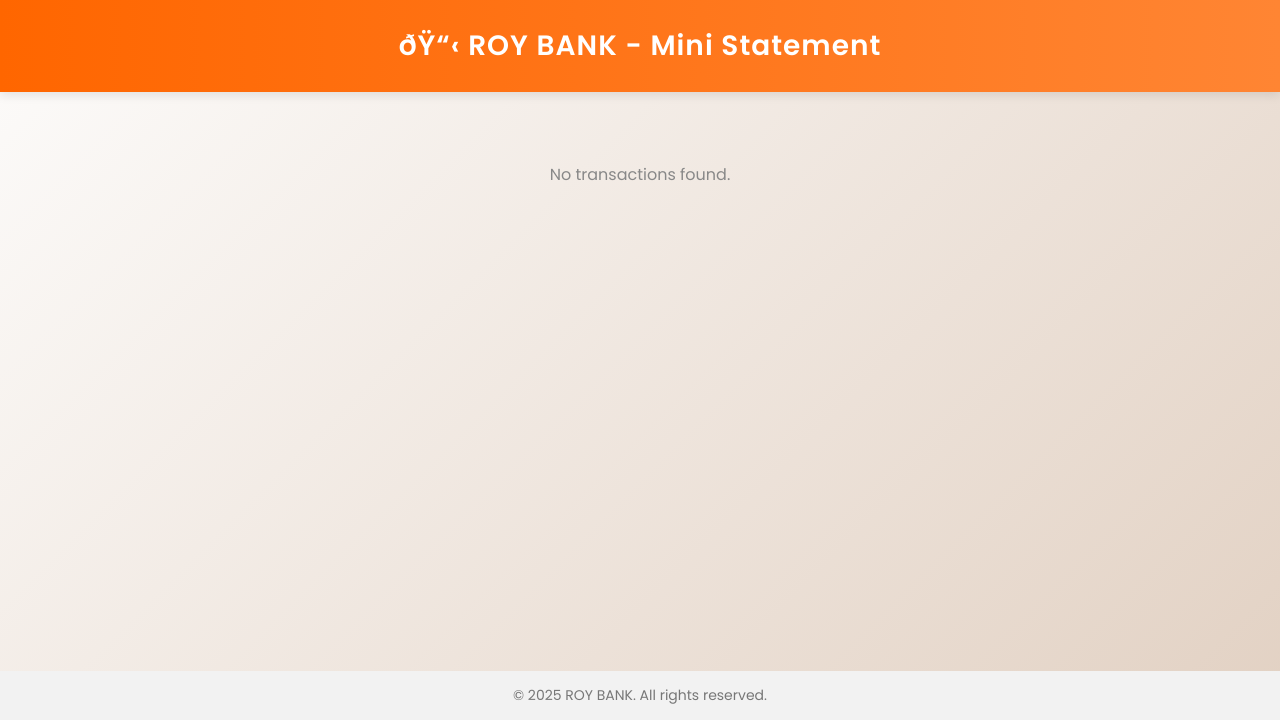
Repository: SAYAN-Rk/BankWebApp
Page: http://localhost/BankWebApp/mini_statement.jsp
These files come from the project's save history. The page is drawn as it stood at one moment and after the next save; the edit follows.
The browser window is 1280 px wide. The pictures show the whole page.
The page is served by Tomcat 10. Other server files are loaded and not shown. The template is opened directly, without the code that normally fills it, so the values that code supplies are empty.

Above is the page before, as saved 2025-07-05 18:36:21.

### BankWebApp/src/main/webapp/mini_statement.jsp
<%@ page import="java.util.List" %>
<%@ page import="com.bankapp.Transaction" %>
<%@ page import="java.text.SimpleDateFormat" %>
<%
    List<Transaction> transactions = (List<Transaction>) request.getAttribute("transactions");
    SimpleDateFormat sdf = new SimpleDateFormat("dd-MM-yyyy");
%>
<!DOCTYPE html>
<html lang="en">
<head>
  <meta charset="UTF-8">
  <title>Mini Statement | ROY BANK</title>
  <link href="https://fonts.googleapis.com/css2?family=Poppins:wght@400;600&display=swap" rel="stylesheet">
  <style>
    * {
      box-sizing: border-box;
      font-family: 'Poppins', sans-serif;
      margin: 0;
      padding: 0;
    }
* {
  font-family: 'Poppins', 'Segoe UI Emoji', 'Apple Color Emoji', 'Noto Color Emoji', sans-serif;
}

    body {
      background: linear-gradient(135deg, #fdfcfb, #e2d1c3);
      min-height: 100vh;
      display: flex;
      flex-direction: column;
    }

    header {
      background: linear-gradient(to right, #ff6600, #ff8533);
      color: white;
      padding: 25px;
      text-align: center;
      font-size: 28px;
      font-weight: bold;
      box-shadow: 0 3px 10px rgba(0, 0, 0, 0.1);
      letter-spacing: 1px;
    }

    main {
      flex: 1;
      display: flex;
      justify-content: center;
      align-items: flex-start;
      padding: 40px 20px;
    }

    table {
      width: 100%;
      max-width: 850px;
      background-color: #fff;
      border-radius: 14px;
      border-collapse: collapse;
      box-shadow: 0 8px 24px rgba(0, 0, 0, 0.06);
      overflow: hidden;
      animation: slideIn 0.5s ease;
    }

    @keyframes slideIn {
      from { opacity: 0; transform: translateY(20px); }
      to { opacity: 1; transform: translateY(0); }
    }

    th {
      background-color: #ff6600;
      color: white;
      font-size: 16px;
      font-weight: 600;
      padding: 16px;
    }

    td {
      padding: 14px;
      font-size: 15px;
      text-align: center;
      border-bottom: 1px solid #eee;
      color: #333;
    }

    tr:last-child td {
      border-bottom: none;
    }

    .no-data {
      text-align: center;
      padding: 30px;
      font-size: 16px;
      color: #888;
    }

    footer {
      text-align: center;
      padding: 14px;
      background-color: #f2f2f2;
      font-size: 14px;
      color: #777;
    }
  </style>
</head>
<body>

  <header>📋 ROY BANK - Mini Statement</header>

  <main>
    <%
      if (transactions != null && !transactions.isEmpty()) {
    %>
      <table>
        <tr>
          <th>📅 Date</th>
          <th>🔁 Type</th>
          <th>💸 Amount</th>
          <th>🏦 Balance</th>
        </tr>
        <%
          for (Transaction txn : transactions) {
        %>
        <tr>
          <td><%= sdf.format(txn.getDate()) %></td>
          <td><%= txn.getType() %></td>
          <td>₹<%= String.format("%.2f", txn.getAmount()) %></td>
          <td>₹<%= String.format("%.2f", txn.getBalance()) %></td>
        </tr>
        <%
          }
        %>
      </table>
    <%
      } else {
    %>
      <div class="no-data">No transactions found.</div>
    <%
      }
    %>
  </main>

  <footer>&copy; 2025 ROY BANK. All rights reserved.</footer>

</body>
</html>

After the next save:
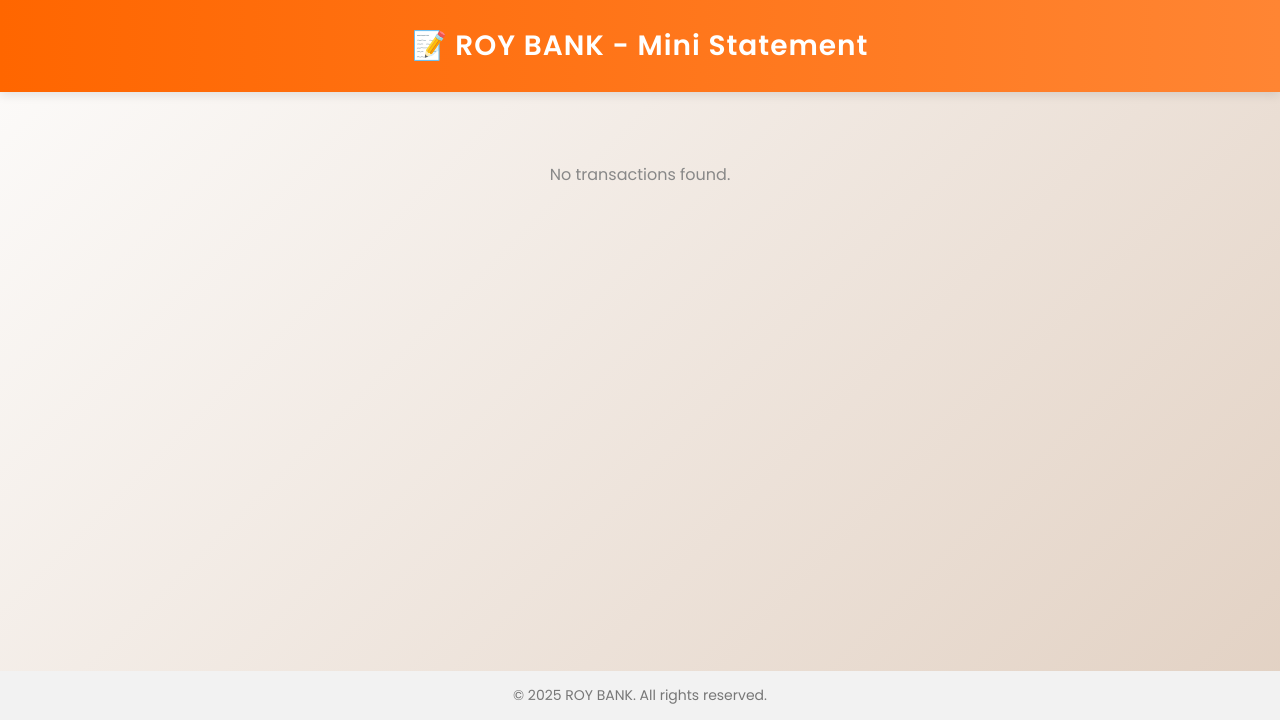
Saved 2 min 22 s later.
--- a/BankWebApp/src/main/webapp/mini_statement.jsp
+++ b/BankWebApp/src/main/webapp/mini_statement.jsp
@@ -102,7 +102,7 @@
 </head>
 <body>
 
-  <header>📋 ROY BANK - Mini Statement</header>
+  <header>&#128221; ROY BANK - Mini Statement</header>
 
   <main>
     <%
